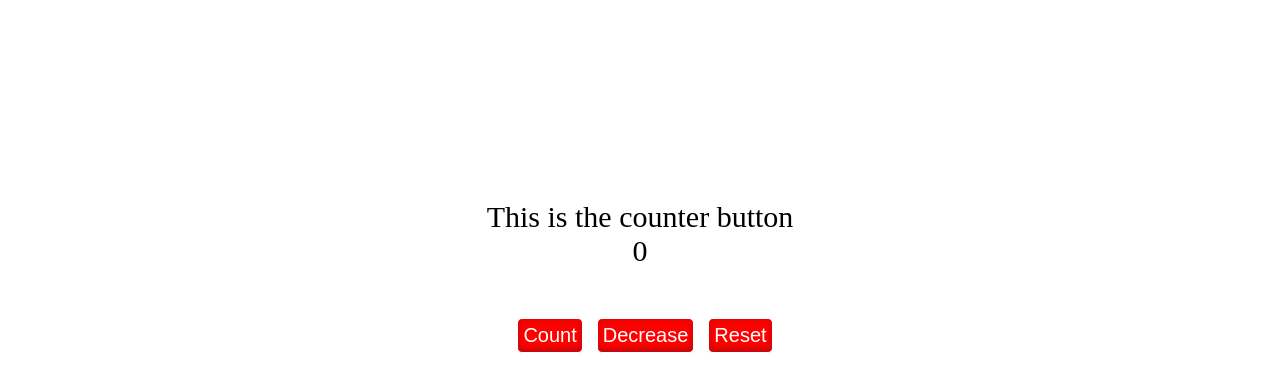
Repository: Aditya0377/Assignments
Page: Assignment/javascript practise/Counter.html
The author's editor kept a copy of each file at every save. The page is drawn from the files as they stood at one save, then again after the next save.
The browser window is 1280 px wide. The pictures show the whole page.

Above is the page before, as saved 2024-02-23 21:33:33.

### Assignment/javascript practise/Counter.html
<!DOCTYPE html>
<html lang="en">

<head>
    <meta charset="UTF-8">
    <meta name="viewport" content="width=device-width, initial-scale=1.0">
    <title>Counter</title>
</head>
<style>
    * {
        box-sizing: border-box;
        margin: 0px;
        padding: 0px;
    }

    body {
        height: 100%;
        display: flex;
        justify-content: center;
        align-items: center;
        flex-direction: column;
        margin-top: 200px;
    }

    P {
        font-size: 30px;
    }

    div {
        margin-top: 50px;
    }

    button {
        color: white;
        background-color: red;
        border: 1px solid;
        font-size: 20px;
        padding: 5px;
        box-shadow: rgba(50, 50, 93, 0.25) 0px 50px 100px -20px, rgba(0, 0, 0, 0.3) 0px 30px 60px -30px, rgba(10, 37, 64, 0.35) 0px -2px 6px 0px inset;
        border-radius: 5px;
        margin-left: 10px;
    }

    button:hover {
        cursor: pointer;
    }
</style>

<body>
    <p>This is the counter button</p>
    <p id="number"></p>
    <div>
        <button onclick="counterincrement();generateRandomColor()">Count</button>
        <button onclick="counterdecrement();generateRandomColor()">Decrease</button>
        <button onclick="counterreset()">Reset</button>
    </div>
    <script>
        let count = 0;
        document.getElementById("number").innerHTML = count;
        function counterincrement() {
            count++;
            document.getElementById("number").innerHTML = count;
            let color = document.getElementById("numebr").innerHTML;
        }
        function counterdecrement() {
            count--;
            document.getElementById("number").innerHTML = count;
            document.getElementById("numebr").innerHTML
        }
        function counterreset() {
            count = 0;
            document.getElementById("number").innerHTML = count;
        }
        function generateRandomColor() {
            const r = Math.floor(Math.random() * 256);
            const g = Math.floor(Math.random() * 256);
            const b = Math.floor(Math.random() * 256);
            let color = document.getElementById("number").innerHTML;
            color.style.color = `rgb(${r}, ${g}, ${b})`;
        }

    </script>
</body>

</html>

After the next save:
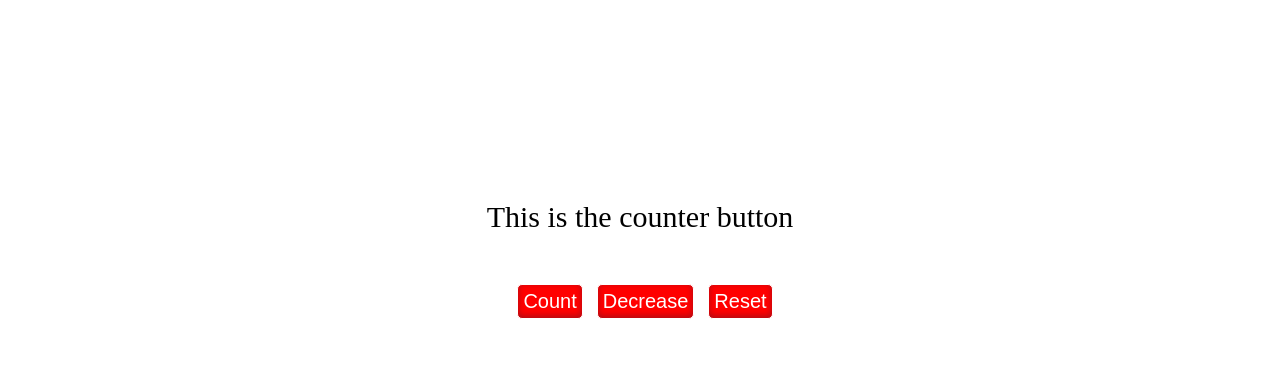
Console error: SyntaxError: Identifier 'color' has already been declared
Saved 5 min 27 s later.
--- a/Assignment/javascript practise/Counter.html
+++ b/Assignment/javascript practise/Counter.html
@@ -76,7 +76,7 @@
             const g = Math.floor(Math.random() * 256);
             const b = Math.floor(Math.random() * 256);
             let color = document.getElementById("number").innerHTML;
-            color.style.color = `rgb(${r}, ${g}, ${b})`;
+            let color.style.color = `rgb(${r}, ${g}, ${b})`;
         }
 
     </script>

After the save that followed:
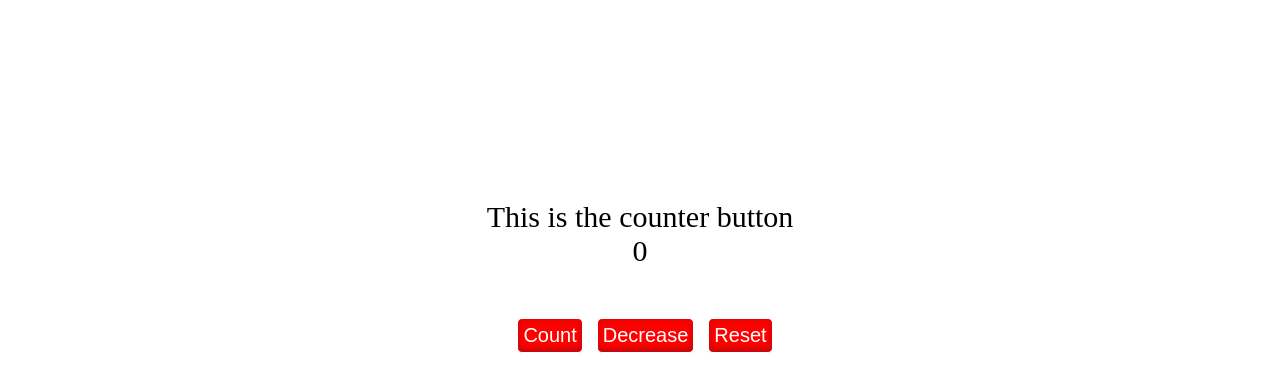
The error is gone.
Saved 14 s later.
--- a/Assignment/javascript practise/Counter.html
+++ b/Assignment/javascript practise/Counter.html
@@ -75,8 +75,8 @@
             const r = Math.floor(Math.random() * 256);
             const g = Math.floor(Math.random() * 256);
             const b = Math.floor(Math.random() * 256);
-            let color = document.getElementById("number").innerHTML;
-            let color.style.color = `rgb(${r}, ${g}, ${b})`;
+            let textcolor = document.getElementById("number").innerHTML;
+            color.style.color = `rgb(${r}, ${g}, ${b})`;
         }
 
     </script>
